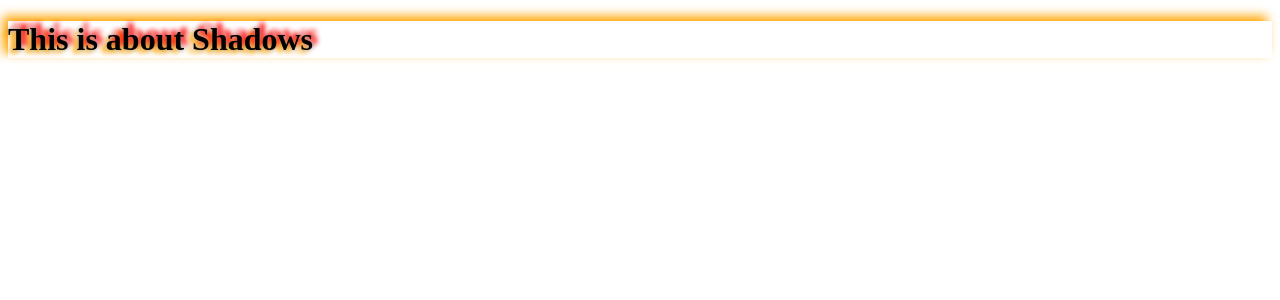
Repository: nottonofclay/csi_waymo
Page: shadows/shadows.html
These files come from the project's save history. The page is drawn as it stood at one moment and after a run of saves; the edit follows.
The browser window is 1280 px wide. The pictures show the whole page.
The pointer rests on the first visible `h1`.

Above is the page before, as saved 2023-07-06 12:09:10.

After the next 2 saves:
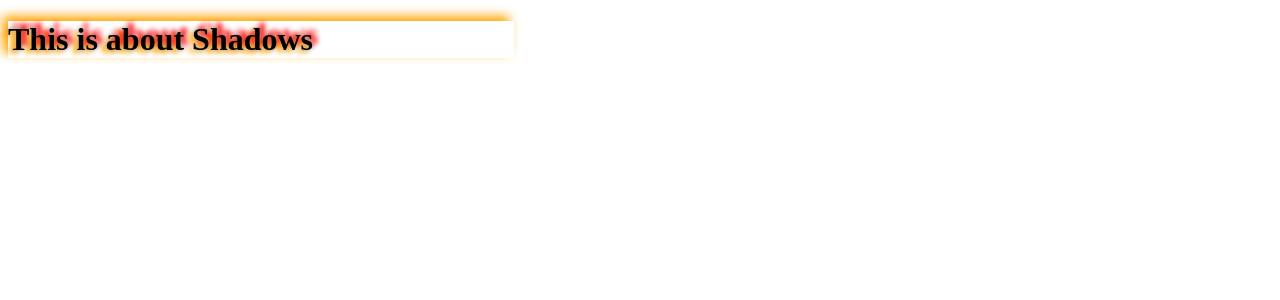
The 2 saves are shown as one change because they came seconds apart.
The last was saved 6 s later.
--- a/shadows/shadows.css
+++ b/shadows/shadows.css
@@ -4,5 +4,5 @@
 }
 h1:hover {
     box-shadow: -5px -5px 10px orange;
-    width:
+    width:40%;
 }
